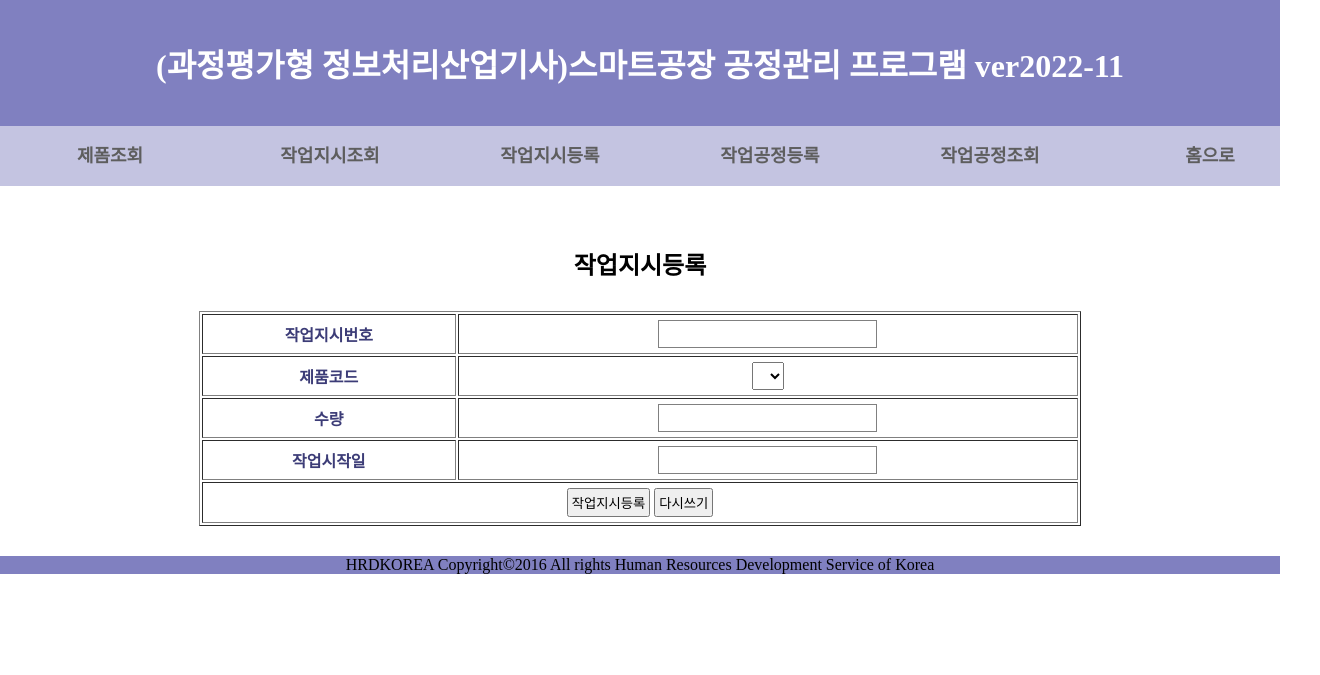
Repository: anakyn01/exam
Page: http://localhost/smart_5/sub2_1.jsp
These files come from the project's save history. The page is drawn as it stood at one moment and after the next save; the edit follows.
The browser window is 1280 px wide. The page is 1320 px wide, so the pictures cover 1320 px, including what lies to the right of the window. The pictures show the whole page.
The page is served by Tomcat 9. Other server files are loaded and not shown.

Above is the page before, as saved 2025-01-06 07:36:01.

### smart_5/src/main/webapp/sub2_1.jsp
<%@ page language="java" contentType="text/html; charset=UTF-8"
    pageEncoding="UTF-8"%>
<jsp:include page="include/header.jsp"/>

<section>
<h2>작업지시등록</h2>
<table border=1>
<tr>
	<th>작업지시번호</th>
		<td>
		<input type="text" name="w_workno">
	</td>
</tr>
<tr>
	<th>제품코드</th>
	<td>
		<select name="">
		<option value=""></option>
		</select>
	</td>
</tr>
<tr>
	<th>수량</th>
		<td>
		<input type="text" name="w_quentity">
	</td>
</tr>
<tr>
	<th>작업시작일</th>
		<td>
		<input type="text" name="w_workdate">
	</td>
</tr>
	<tr>
<td colspan="2">
<input type="button" onclick="goSave()" value="작업지시등록">
<input type="button" onclick="FormReset()" value="다시쓰기">
</td>
	</tr>
</table>
</section>

<jsp:include page="include/footer.jsp"/>

### smart_5/src/main/webapp/include/header.jsp
<%@ page language="java" contentType="text/html; charset=UTF-8"
    pageEncoding="UTF-8"%>
<!DOCTYPE html>
<html>
<head>
<meta charset="UTF-8">
<title>스마트 공정관리 프로그램</title>
<link rel="stylesheet" href="css/style.css"/>
</head>
<body>
<header>
<h1>(과정평가형 정보처리산업기사)스마트공장 공정관리 프로그램 ver2022-11</h1>
</header>
<nav>
<ul>
<li><a href="sub1.jsp">제폼조회</a></li>
<li><a href="sub2.jsp">작업지시조회</a></li>
<li><a href="sub2_1.jsp">작업지시등록</a></li>
<li><a href="sub3.jsp">작업공정등록</a></li>
<li><a href="sub4.jsp">작업공정조회</a></li>
<li><a href="index.jsp">홈으로</a></li>
</ul>
</nav>

### smart_5/src/main/webapp/include/footer.jsp
<%@ page language="java" contentType="text/html; charset=UTF-8"
    pageEncoding="UTF-8"%>
<footer>
<p>HRDKOREA Copyright&copy;2016 All rights Human Resources Development Service of Korea</p>
</footer>
</body>
</html>

### smart_5/src/main/webapp/css/style.css
@charset "UTF-8";
*{margin:0; padding:0; box-sizing:border-box;}
a{text-decoration:none; color:#5e5e5e;}
header{background-color:#8080c0;}
header h1{padding:40px 0; text-align:center; color:white;}
nav{height:60px; background-color:#c4c4e1;}
nav ul{margin:0 auto; width:1320px; list-style:none; text-align:center;}
nav ul li{line-height:60px; float:left; font-size:18px; font-weight:600; width:200px;
margin:0 10px;
}
section{padding:30px 10px;}
section h2{text-align:center; margin:30px 0;}
section p{margin:10px 0;}
table{margin:0 auto; width:70%; text-align:center;}
th{color:#3c3c77;}
th,td{padding:5px 0;}
input[type="text"]{
height:28px; border:1px solid gray; padding:0 5px; font-size:16px;
}
input[type="button"]{padding:3px;}
select{height:28px; padding:0 5px; font-size:16px; }
footer{text-align:center; background-color:#8080c0;}

After the next save:
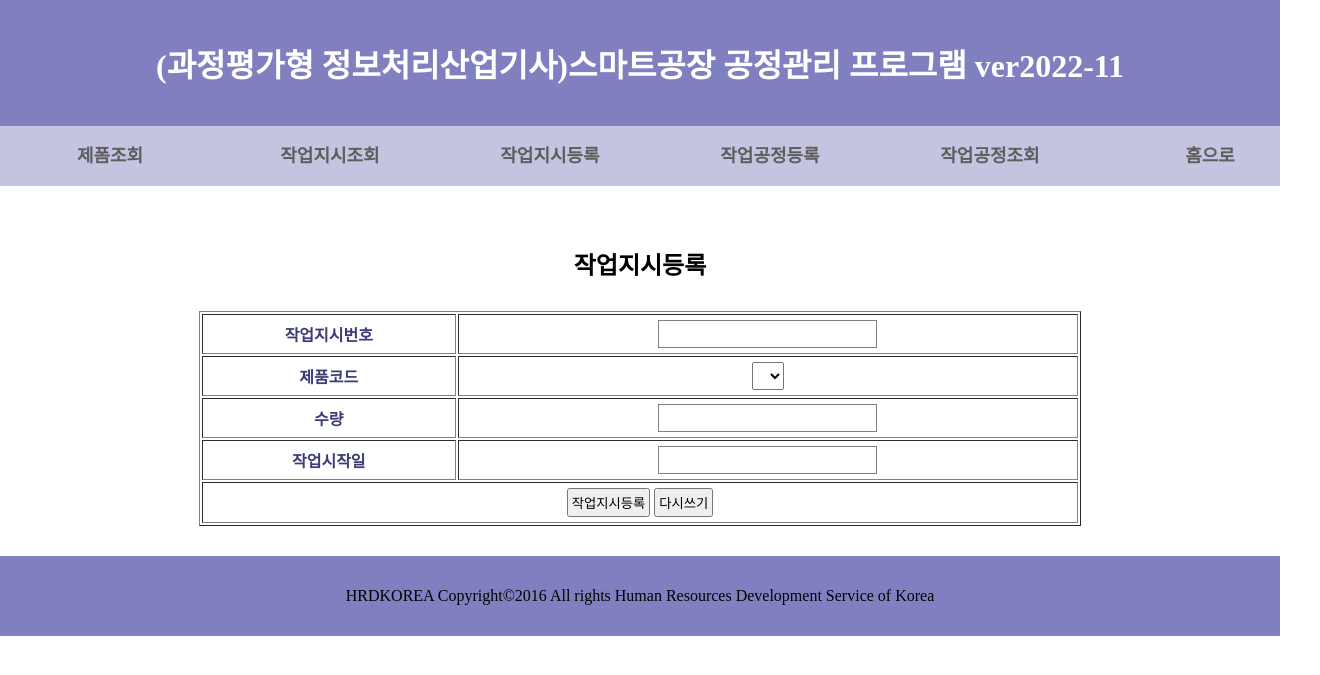
Saved 18 s later.
--- a/smart_5/src/main/webapp/css/style.css
+++ b/smart_5/src/main/webapp/css/style.css
@@ -20,3 +20,4 @@ height:28px; border:1px solid gray; padding:0 5px; font-size:16px;
 input[type="button"]{padding:3px;}
 select{height:28px; padding:0 5px; font-size:16px; }
 footer{text-align:center; background-color:#8080c0;}
+footer p{line-height:80px;}
